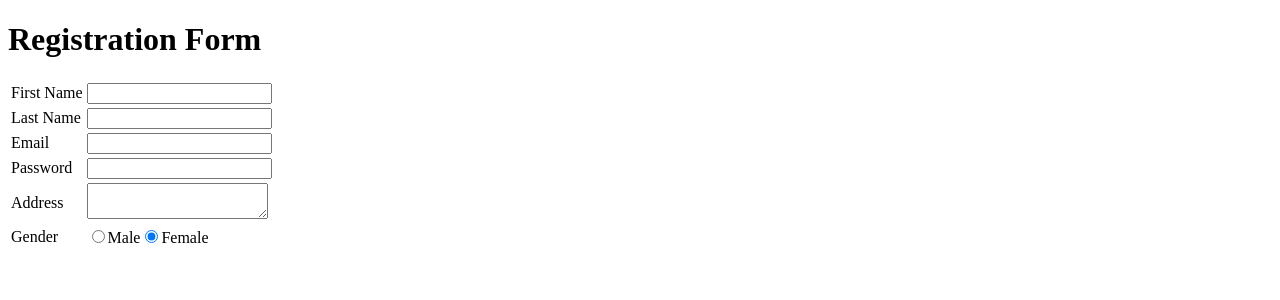
Repository: Laxman877/MyWorkspace
Page: Corejava/Learning_Web/src/main/webapp/division.html
These files come from the project's save history. The page is drawn as it stood at one moment and after the next save; the edit follows.
The browser window is 1280 px wide. The pictures show the whole page.

Above is the page before, as saved 2022-04-27 05:06:48.

After the next save:
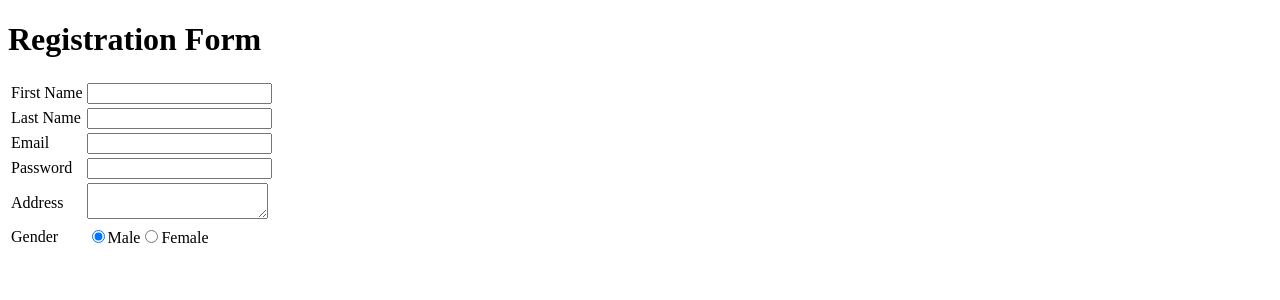
Saved 26 s later.
--- a/Corejava/Learning_Web/src/main/webapp/division.html
+++ b/Corejava/Learning_Web/src/main/webapp/division.html
@@ -36,7 +36,7 @@
 </tr>
 <tr>
 <td><label>Gender</label></td>
-<td><input type="radio" name="gender" checked="checked">Male<input type="radio" name="gender" checked="checked">Female</td>
+<td><input type="radio" name="gender" checked="checked">Male<input type="radio" name="gender">Female</td>
 </tr>
 </table>
 </form>
